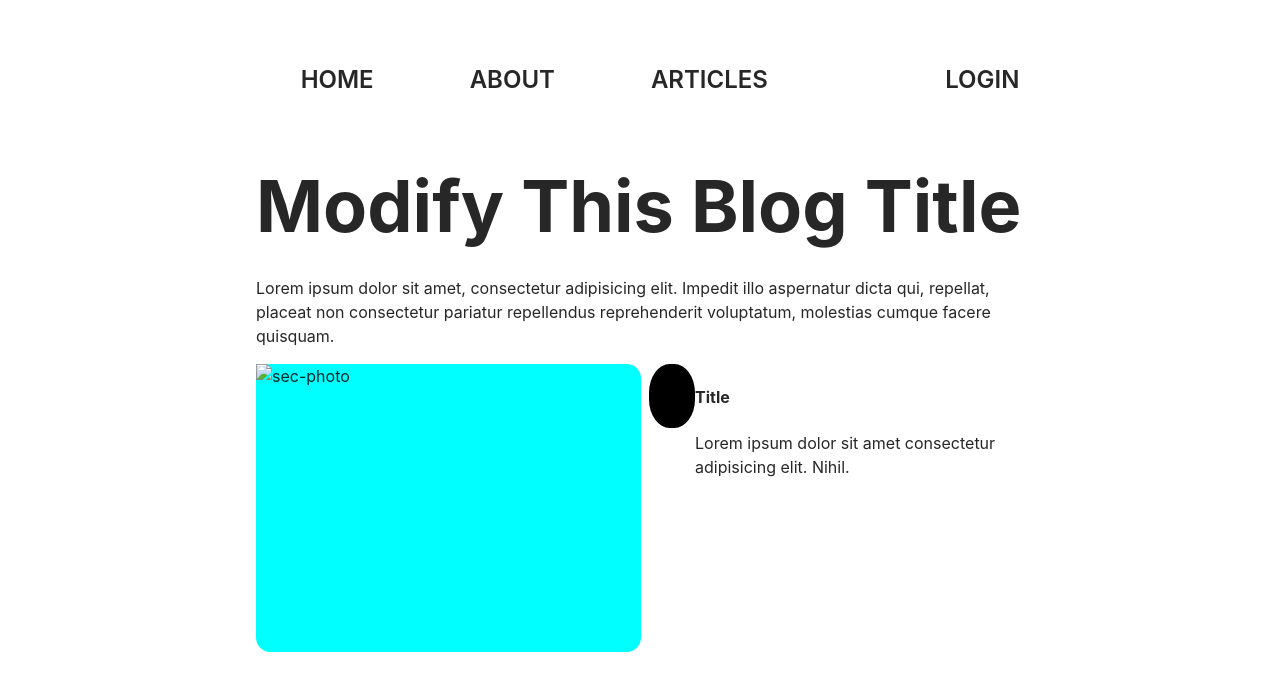
Repository: ValGrace/-static-site
Page: /home (app in client/)
The author's editor kept a copy of each file at every save. The page is drawn from the files as they stood at one save, then again after the next save.
The browser window is 1280 px wide. The pictures show the whole page.
The project was rebuilt for these pictures with package versions that can differ from the ones it lists, and the page was loaded fresh each time. Also part of the build but not shown: client/vite.config.js, client/src/Utils/appwrite.js, client/src/Components/Inputs.css, client/src/Components/Login.jsx, client/src/Components/Signup.jsx.

Above is the page before, as saved 2023-02-05 12:02:42.

After the next save:
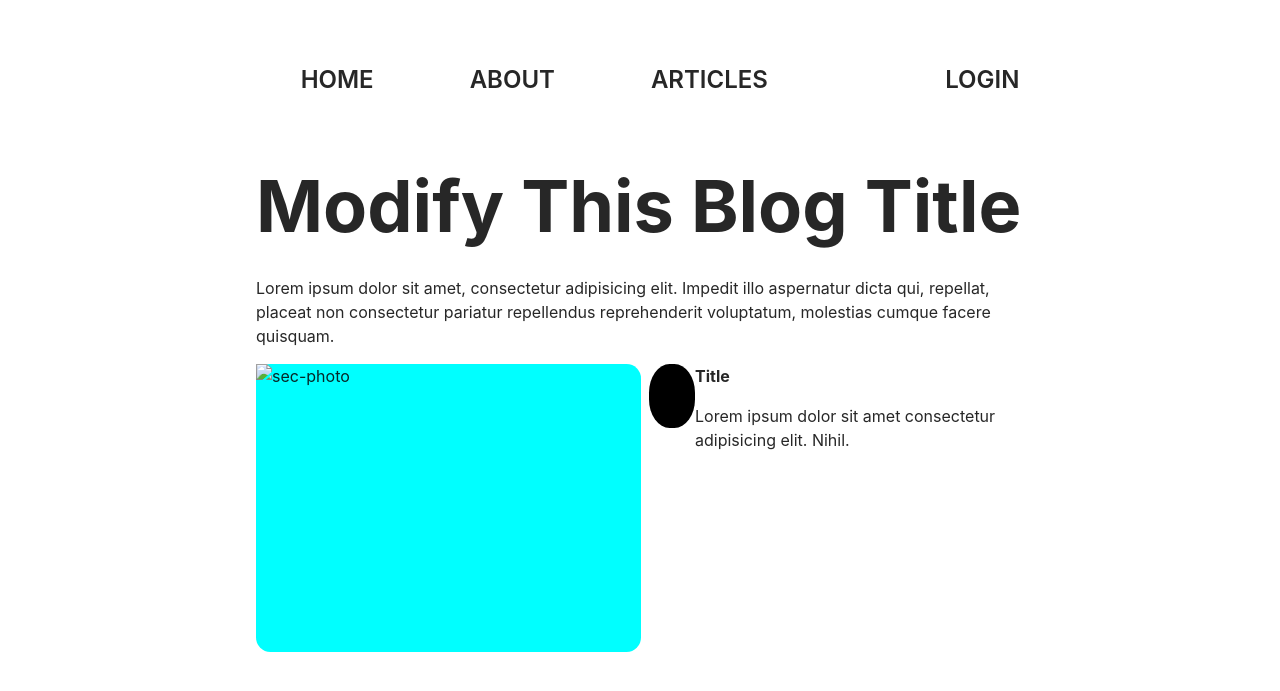
Saved 14 s later.
--- a/client/src/Components/Navbar.css
+++ b/client/src/Components/Navbar.css
@@ -58,6 +58,6 @@ nav > ul{
     border-radius: 45%;
 }
 
-.side-blogs {
+.side-blogs > h4 {
     margin: 0;
 }
